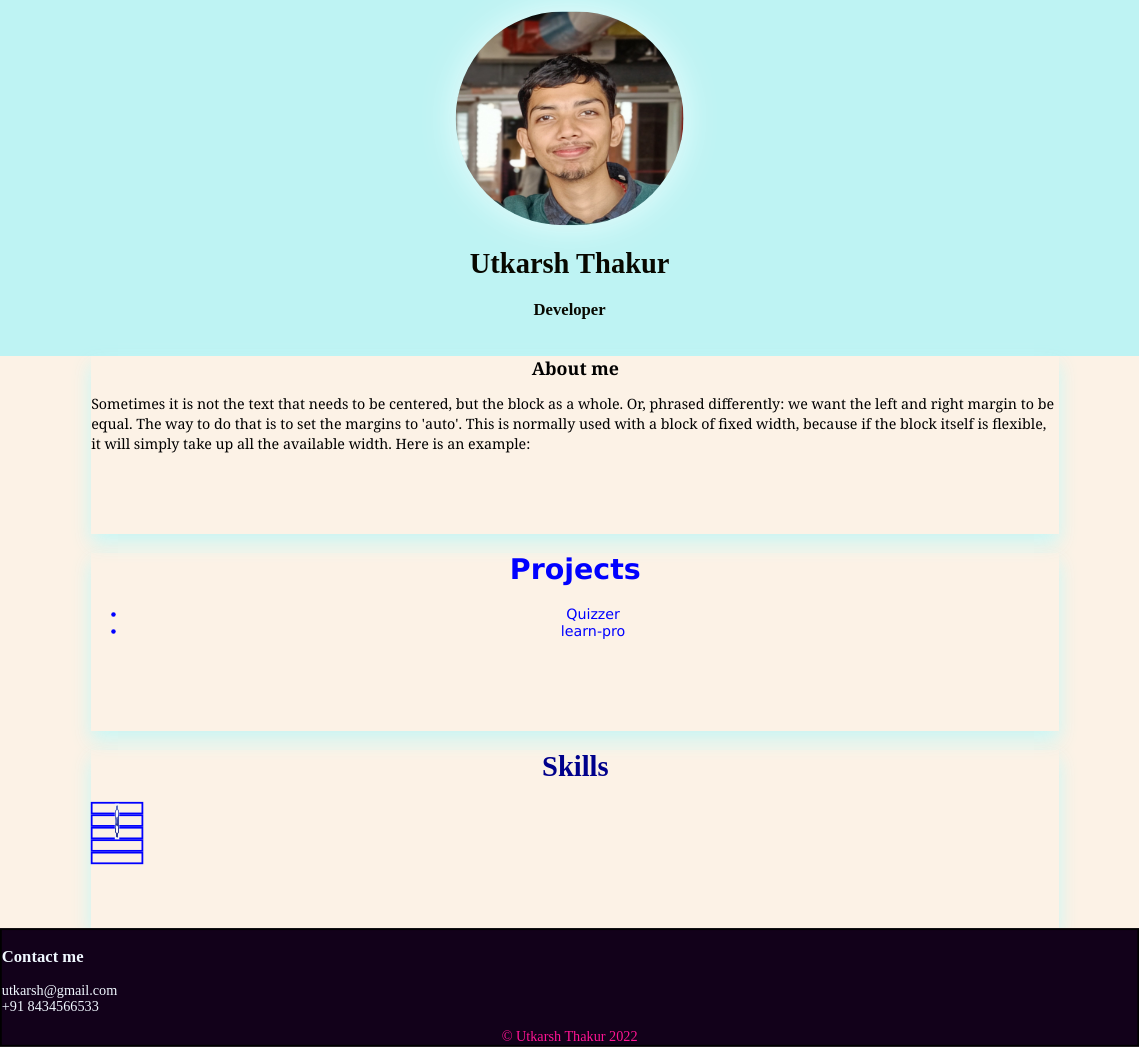
Repository: UtkarshThakur321/Utkarsh-Thakur-Profile
Page: index.html
The author's editor kept a copy of each file at every save. The page is drawn from the files as they stood at one save, then again after the next save.
The browser window is 1280 px wide. The pictures show the whole page, at 89% of full size.

Above is the page before, as saved 2022-01-22 23:59:40.
Not found: main.js

### index.html
<!DOCTYPE html>
<html>
<head>
    <meta charset='utf-8'>
    <meta http-equiv='X-UA-Compatible' content='IE=edge'>
    <title>Page Title</title>
    <meta name='viewport' content='width=device-width, initial-scale=1'>
    <link rel='stylesheet' type='text/css' media='screen' href="index.css">
    <script src='main.js'></script>
</head>
<body>
    <div id="main">
    <!-- <div id="nav">
        <h1>My Resume</h1>
    </div> -->
    <center>
        <div id="intro">
            <div id="profileImage">
                 <img src="./Utkarsh_dp.jpg" alt="DP_Utkarsh__Thakur"
                 width="180" height="170">
            </div>
            <div id="profileName">
                <h1>Utkarsh Thakur</h1>
                <h3>Developer</h3>
            </div>

            <div>


             </div>
        </div>
    </center>



  <div id="aboutMe">
    <div id="aboutMeHeading">
        About me
    </div>
    <div id="aboutMeContent">
        <p>
            Sometimes it is not the text that needs to be centered, but the block as a whole. Or, phrased differently: we want the left and right margin to be equal. The way to do that is to set the margins to 'auto'. This is normally used with a block of fixed width, because if the block itself is flexible, it will simply take up all the available width. Here is an example:
        </p>
    </div>
  </div>



<div id="projects">
    <h1>Projects</h1>
    <ul>
        <li>Quizzer</li>
        <li>learn-pro</li>
    </ul>
</div>



    <div id="skills">
        <h1>Skills</h1>
        <div class="skillsContent">
            <img src="c_programming.png" alt="c_programming">
        </div>
        <div class="skillsContent">

        </div>
        <div class="skillsContent">

        </div>
        <div class="skillsContent">

        </div>
        <div class="skillsContent">

        </div>

    </div>

    <div id="footer">
        <div id="footerContent">
            <h3>Contact me</h3>
        <p>
            utkarsh@gmail.com<br>
            +91 8434566533

        </p>
            <div id="copyright">
         &copy; Utkarsh Thakur 2022
            </div>
        </div>
        </div>

    </div>



</body>
</html>

### index.css
body{
    width:100%;
    margin:0px;
    background-color: rgb(252, 242, 230);

}


#intro{
    /* background-image:url("./bg.jpg"); */
    background-color: rgb(190, 243, 243);
    height: 400px;
}


#profileImage>img{
    margin-top: 1%;
    height:240px;
    width:20%;
    border-radius: 130px;
    box-shadow: 0px 0px 40px rgb(235, 253, 253);
}
#profileName{
    color:rgb(8, 8, 0);
    font-family: cursive;
}

#aboutMe{
    width:85%;
    height:200px;
    /* border:2px solid green; */
    margin-left:8%;
    box-shadow: 0px 10px 20px rgba(195, 247, 247, 0.911);
}


#aboutMeHeading{
    text-align:center;
    font-family: Georgia, 'Times New Roman', Times, serif;
    font-size:20px;
    font-weight: bold;
}
#aboutMeContent{

    font-family: Georgia, 'Times New Roman', Times, serif;
    font-size:16px;

}

#projects{
    width:85%;
        height:200px;
        /* border:2px solid green; */
        margin-left:8%;
        box-shadow: 0px 10px 20px rgba(195, 247, 247, 0.911);
    font-family: Verdana, Geneva, Tahoma, sans-serif;
    color:blue;
    text-align: center;

}



#skills{
        width:85%;
        height:200px;
        /* border:2px solid green; */
        margin-left:8%;
        box-shadow: 0px 10px 20px rgba(195, 247, 247, 0.911);

}

#skills{
    color:darkblue;
    font-weight: 400;
    text-align: center;

}
.skillsContent{
    height:10px;
    width:5%;
    border:2px solid blue;

}
.skillsContent>img{
    height:40px;
    width:10%;
}

hr{
    margin:0px;
}

#nav{
    height:50px;
    display:content;
    text-align: center;
    font-weight: 900;
    color:black;}
    /* text-align: center;
    font-family: Verdana, Geneva, Tahoma, sans-serif;
} */



.img{
    height:10px;
    width:10%;
}

#footer{
    background-color: rgb(18, 1, 26);
}
#footerContent{
    border:2px solid black;
    color:aliceblue;

}

/* #footer{
    text-align: center;
} */
#copyright{
    text-align: center;
    color:deeppink
}

After the next save:
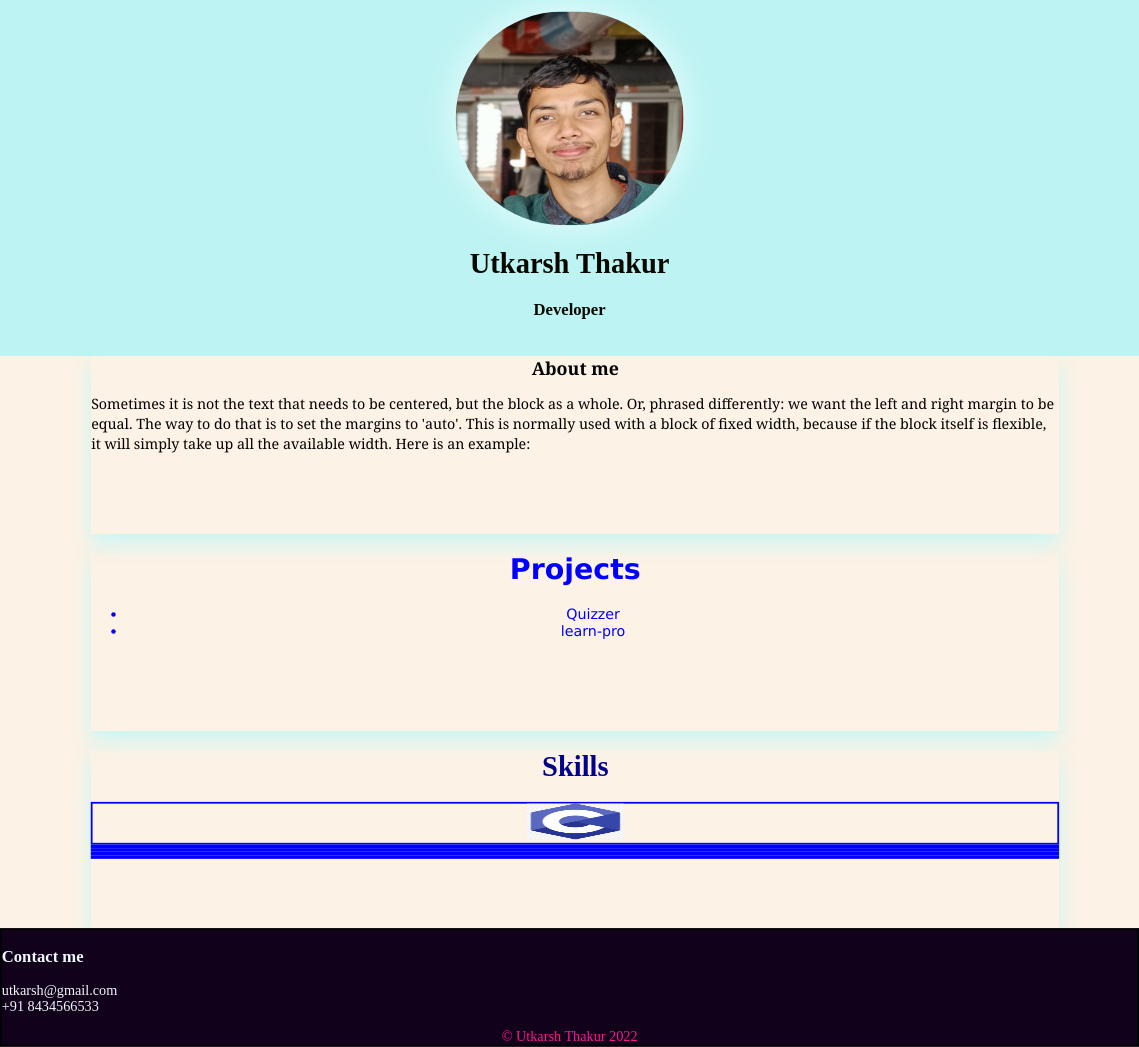
Saved 9 s later.
--- a/index.css
+++ b/index.css
@@ -77,8 +77,7 @@ body{
 
 }
 .skillsContent{
-    height:10px;
-    width:5%;
+
     border:2px solid blue;
 
 }
